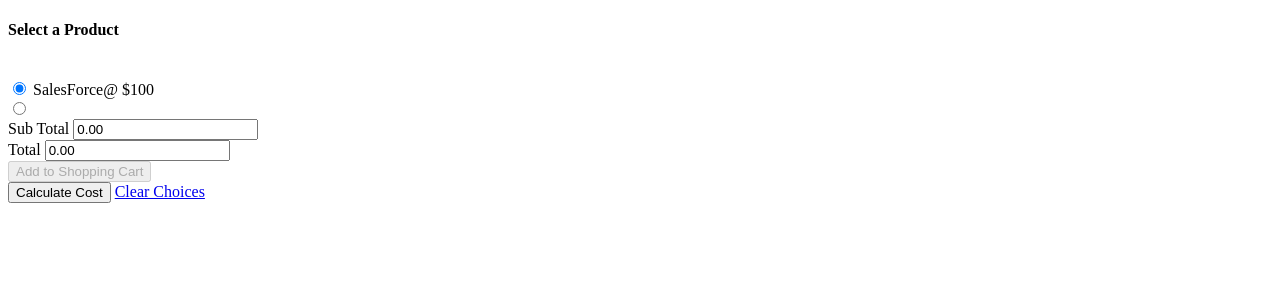
Repository: podgeomahony/is1113117413984
Page: http://localhost/ebusiness/Ebus1.php
The author's editor kept a record of every edit. The page is drawn from the files as they stood at one moment, then again after the next edit.
The browser window is 1280 px wide. The pictures show the whole page.
Some web libraries are served in a nearby version. The page is run by PHP 8.4 with error messages shown; the project is at /var/www/html/.

Above is the page before.

After the next edit:
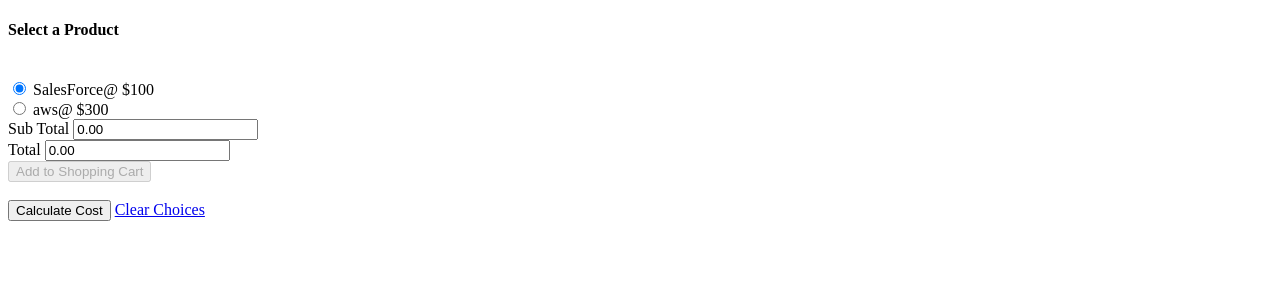
The edit:
--- a/ebusiness/Ebus1.php
+++ b/ebusiness/Ebus1.php
@@ -26,7 +26,7 @@
               <br/>
 
               <label for="aws">
-                  <input type="radio" id="aws" name="product" onClick="disablebtnproceed()"
+                  <input type="radio" id="aws" name="product" onClick="disablebtnproceed()" />
                   aws@ $300
               </label>
 
